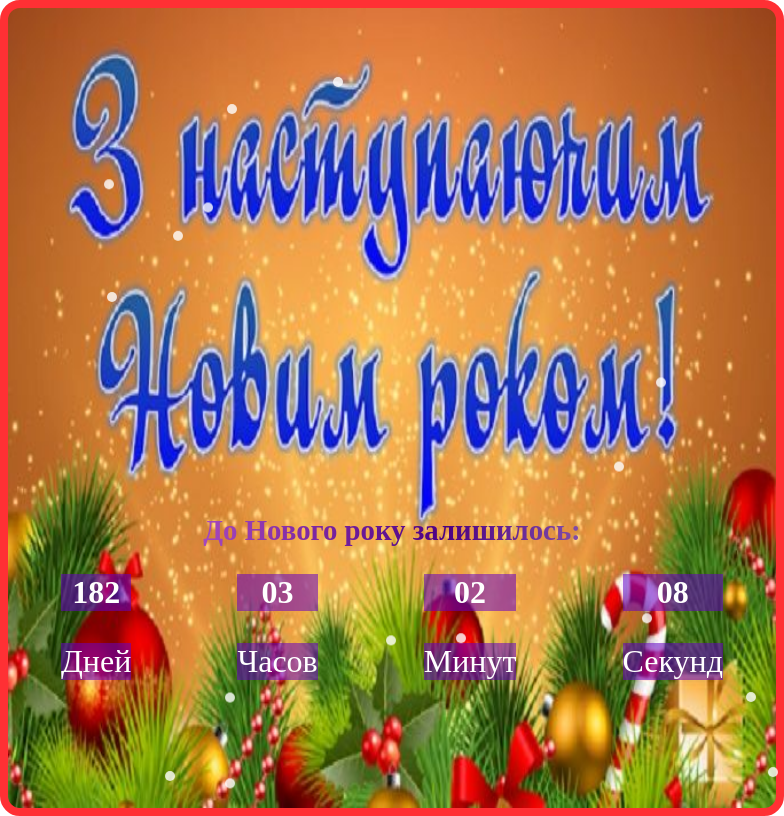
Repository: KonstantinKhamilov/JavaScript11-new-year
Page: index.html
An editor plug-in stored every save of this project. The page is shown before and after the next save, followed by the edit.
The browser window is 768 px wide. The page is 784 px wide, so the pictures cover 784 px, including what lies to the right of the window. The pictures show the whole page.

Above is the page before, as saved 2024-12-29 21:18:31.

### index.html
<!DOCTYPE html>
<html lang="en">
    <head>
        <title>JavaScript11</title>

        <meta charset="utf-8">
        <meta http-equiv="X-UA-Compatible" content="IE=edge">
        <meta name="description" lang="ru" content="Стили css">
        <meta name="author" content="Константин">
        <meta name="keywords" content="Программирование, уроки JavaScript">
        <meta name="robots" content="all">
        <meta name="viewport" content="width=device-width, initial-scale=1.0">
        <link rel="stylesheet" href="newYear.css" type="text/css">
</head>

<body>
   <!--
     <h1><u>Задание 1</u></h1>
    <p>Необходимо реализовать функцию, описывающую окружность.В функции должны быть следующие компоненты:</p>
<ul type="disk">
    <li>поле, хранящее радиус окружности;</li>
    <li>get-свойство, возвращающее радиус окружности;</li>
    <li>set-свойство, устанавливающее радиус окружности;</li>
    <li>get-свойство, возвращающее диаметр окружности;</li>
    <li>метод, вычисляющий площадь окружности;</li>
    <li>метод, вычисляющий длину окружности.</li>
</ul>
       <p>Продемонстрируйте работу свойств и методов.</p>
       <p>Введите радиус окружности: </p>
       <input type="text" id="rad">
        <button onclick="showResults()">Показать результаты</button>
        <p id="output"></p>

          <h1><u>Задание 2</u></h1>
          <p>Реализуйте функцию, которая описывает css класс.функция CssClass должна содержать внутри себя:</p>
          <ul type="square">
<li>название css класса;</li>
<li>массив стилей;</li>
<li>метод для установки стиля;</li>
<li>метод для удаления стиля;</li>
<li>метод getCss(), который возвращает css код в виде строки.</li>
          </ul>

          <p>Введите название класса:</p>
    <input type="text" id="class" />
    <button onclick="showCSS()">Показать результат генерации</button>
    <p id="output1"></p>

    <p>Добавить стиль:</p>
    <input type="text" id="add-style" />
    <button onclick="addStyle()">Добавить</button>

    <p>Удалить стиль:</p>
    <input type="text" id="remove-style" />
    <button onclick="removeStyle()">Удалить</button>

  <h1><u>Задание 3</u></h1>
  <p>
    Рассчитайте, сколько дней, часов, минут и секунд осталось до Нового года. Выведите эти значения красиво,
    методом document.write() или другим с тегами -p- и
    -span- и классами для них. Стили можно записать в отдельном css-файле. Если одно из чисел будет меньше 10,
    то его нужно вывести с ведущим 0, например, так:
    Сделайте свой скрипт универсальным, задав дату следующего Нового года относительно текущей даты с помощью методов объекта Date.
  </p>
  <p>Пример вывода результата задания:</p>
<img src="D:\Full Stack\Модуль\JavaScript\JavaScript11\Безымянный1.png" alt="time">
-->
<div class="box" >
  <ol class="maintext">
    <li class="text">До Нового року залишилось:</li>
   <li class="count">

<ol class="time">
  <li class="timer"><h2 id="day">00</h2><p>Дней</p></li>
  <li class="timer"><h2 id="hrs">00</h2><p>Часов</p></li>
  <li class="timer"><h2 id="min">00</h2><p>Минут</p></li>
  <li class="timer"><h2 id="sec">00</h2><p>Секунд</p></li>
</ol>
  </li>
  </ol>
</div>

    <script>


/*
        //1
function Circle(radius) {
  // Сохранение значения радиуса в свойстве объекта
  this.radius = radius;
  // Определение get-свойства для получения значения радиуса
  Object.defineProperty(this, 'radius', {
    get: function() {
      // Возвращение значения радиуса
      return radius;
    },
    // Определение set-свойства для установки значения радиуса
    set: function(value) {
      // Проверка на корректность значения радиуса
      if (value <= 0) throw new Error('Invalid radius');
      // Установка нового значения радиуса
      radius = value;
    }
  });

  // Определение get-свойства для получения значения диаметра окружности
  Object.defineProperty(this, 'diameter', {
    get: function() {
      // Возвращение значения диаметра, равного удвоенному радиусу
      return 2 * radius;
    }
  });

  // Определение метода для вычисления площади окружности
  this.area = function() {
    // Возвращение площади окружности, вычисленной как произведение числа Пи на квадрат радиуса
    return Math.PI * Math.pow(radius, 2);
  }

  // Определение метода для вычисления длины окружности
  this.circumference = function() {
    // Возвращение длины окружности, вычисленной как произведение числа Пи на удвоенный радиус
    return 2 * Math.PI * radius;
  }
}

function showResults() {
    let input = document.getElementById("rad").value;
    let circle = new Circle(input);
    let output = 'Радиус: ' + circle.radius + '<br>';
    output += 'Диаметр: ' + circle.diameter + '<br>';
    output += 'Площадь: ' + circle.area() + '<br>';
    output += 'Длинна окружности: ' + circle.circumference();
    document.getElementById("output").innerHTML = output;
  }

  //2

      // Определение функции CssClass, которая принимает название CSS класса в качестве аргумента
      function CssClass(className) {
        // Сохранение значения названия CSS класса в свойстве объекта
        this.className = className;
        // Создание пустого массива для хранения стилей CSS класса
        this.styles = [];

        // Определение метода setStyle для добавления нового стиля в массив стилей
        this.setStyle = function(style) {
          // Добавление нового стиля в конец массива стилей
          this.styles.push(style);
        }

        // Определение метода removeStyle для удаления существующего стиля из массива стилей
        this.removeStyle = function(style) {
          // Поиск индекса указанного стиля в массиве стилей
          let index = this.styles.indexOf(style);
          // Если стиль найден в массиве
          if (index !== -1) {
            // Удаление стиля из массива по найденному индексу
            this.styles.splice(index, 1);
          }
        }

        // Определение метода getCss для генерации CSS кода класса в виде строки
        this.getCss = function() {
          // Создание строки с селектором CSS класса и открывающей скобкой
          let cssString = '.' + this.className + ' {\n';
          // Цикл по всем стилям в массиве стилей
          for (let i = 0; i < this.styles.length; i++) {
            // Добавление очередного стиля в строку с отступом и точкой с запятой
            cssString += '  ' + this.styles[i] + ';\n';
          }
          // Добавление закрывающей скобки в конец строки
          cssString += '}';
          // Возвращение сгенерированной строки с CSS кодом класса
          return cssString;
        }
      }
      let myClass;

      function showCSS() {
        // Получение значения из элемента input с id 'class'
        let className = document.getElementById('class').value;
        // Создание нового объекта CssClass с названием класса из элемента input
        myClass = new CssClass(className);
        // Добавление стиля 'color: red' в массив стилей класса
        myClass.setStyle('color: red');
        // Добавление стиля 'font-size: 16px' в массив стилей класса
        myClass.setStyle('font-size: 16px');
        // Вывод сгенерированного CSS кода класса в элемент p с id 'output'
        document.getElementById('output1').innerHTML = myClass.getCss();
      }

      function addStyle() {
        if (!myClass) {
          alert('Сначала нажмите кнопку "Показать результат генерации"');
          return;
        }
        // Получение значения из элемента input с id 'add-style'
        let style = document.getElementById('add-style').value;
        // Добавление стиля в массив стилей класса
        myClass.setStyle(style);
        // Вывод обновленного CSS кода класса в элемент p с id 'output'
        document.getElementById('output1').innerHTML = myClass.getCss();
      }

      function removeStyle() {
        if (!myClass) {
          alert('Сначала нажмите кнопку "Показать результат генерации"');
          return;
        }
        // Получение значения из элемента input с id 'remove-style'
        let style = document.getElementById('remove-style').value;
        // Удаление стиля из массива стилей класса
        myClass.removeStyle(style);
        // Вывод обновленного CSS кода класса в элемент p с id 'output'
        document.getElementById('output1').innerHTML = myClass.getCss();
      }
      */

//3
const snowContainer = document.querySelector('.box');

function createSnowflake() {
    const snowflake = document.createElement('div');
    snowflake.classList.add('snowflake');

    // Устанавливаем случайную позицию по горизонтали
    snowflake.style.left = Math.random() * 100 + 'vw';

    // Устанавливаем случайную скорость падения
    snowflake.style.animationDuration = Math.random() * 3 + 2 + 's'; // от 2 до 5 секунд

    // Добавляем снежинку в контейнер
    snowContainer.appendChild(snowflake);

    // Удаляем снежинку после завершения анимации
    setTimeout(() => {
        snowflake.remove();
    }, 5000); // Время должно соответствовать времени падения
}

// Создаем снежинки каждые 300 мс
setInterval(createSnowflake, 300);
const day = document.getElementById('day');
const hrs = document.getElementById('hrs');
const min = document.getElementById('min');
const sec = document.getElementById('sec');
const currentYear = new Date().getFullYear();

const newYear = new Date (`1 Jan ${currentYear + 1} 00:00:00`);

function countdownDate(){
const today = Date.now()
const gap = newYear - today;
let d = Math.floor(gap/1000/60/60/24);
let h = Math.floor((gap/1000/60/60)%24);
let m = Math.floor((gap/1000/60)%60);
let s = Math.floor((gap/1000)%60);

day.innerHTML = d<10 ? '0' + d : d;
hrs.innerHTML = h<10 ? '0' + h : h;
min.innerHTML = m<10 ? '0' + m : m;
sec.innerHTML = s<10 ? '0' + s : s;
}
setInterval(countdownDate,1000);
    </script>
</body>
</html>

### newYear.css
body {
  margin: 0;
  padding: 0;
  overflow: hidden;
}

@keyframes rainbow {
  0% {
    background-position: 0%;
  }
  100% {
    background-position: 100%;
  }
}

.snowflake {
  position: absolute;
  top: -10px; /* Начальная позиция снега */
  background: white; /* Цвет снега */
  border-radius: 50%; /* Круглая форма */
  opacity: 0.8; /* Прозрачность снега */
  animation: fall linear infinite; /* Анимация падения */
  width: 10px; /* Размер снежинки */
  height: 10px; /* Размер снежинки */
}

@keyframes fall {
  0% {
    transform: translateY(0); /* Начальная позиция */
  }
  100% {
    transform: translateY(100vh); /* Конечная позиция */
  }
}

@media screen and (min-width: 320px) {
  .box {
    display: block;
    text-align: end;
    background-image: url("z_nastupauschim_ng_4.jpg");
    background-repeat: no-repeat;
    background-size: 100% 100%;
    border: solid 8px;
    border-radius: 20px;
    border-color: rgb(255, 48, 52);
    height: 100vh;
    width: 100vw;
    position: relative; /* Добавлено для позиционирования */
  }

  ol {
    list-style-type: none;
    margin: auto;
    padding: 0px;
  }

  .maintext {
    display: flex;
    flex-direction: column;
    justify-content: space-between;
    padding: 100% 0px 0px 0px;
    position: absolute;
    bottom: 12%;
    width: 100%;
  }

  .text {
    color: rgb(4, 69, 131);
    font-family: cursive;
    font-weight: bold;
    font-size: 1.8em;
    text-align: center;
    background: linear-gradient(
      270deg,
      red,
      orange,
      yellow,
      green,
      blue,
      white,
      indigo,
      violet
    );
    background-size: 400%; /* Увеличиваем размер фона для анимации */
    -webkit-background-clip: text; /* Обрезаем фон по тексту */
    -webkit-text-fill-color: transparent; /* Делаем цвет текста прозрачным */
    animation: rainbow 3.5s linear infinite;
  }

  .time {
    display: flex;
    flex-direction: row;
    justify-content: space-around;
    width: 100%;
  }

  h2 {
    color: white;
    font-size: 1em;
  }

  .timer > p,
  .timer > #day,
  .timer > #hrs,
  .timer > #min,
  .timer > #sec {
    color: white;
    background-color: rgb(102, 2, 196, 0.55);
    font-size: 1em;
    text-align: center;
  }
}

@media screen and (min-width: 426px) and (max-width: 768px) {
  .timer > p,
  .timer > #day,
  .timer > #hrs,
  .timer > #min,
  .timer > #sec {
    font-size: 2em;
  }
  h2 {
    font-size: 2em;
  }
  text {
    font-size: 3.5em;
  }
}

After the next save:
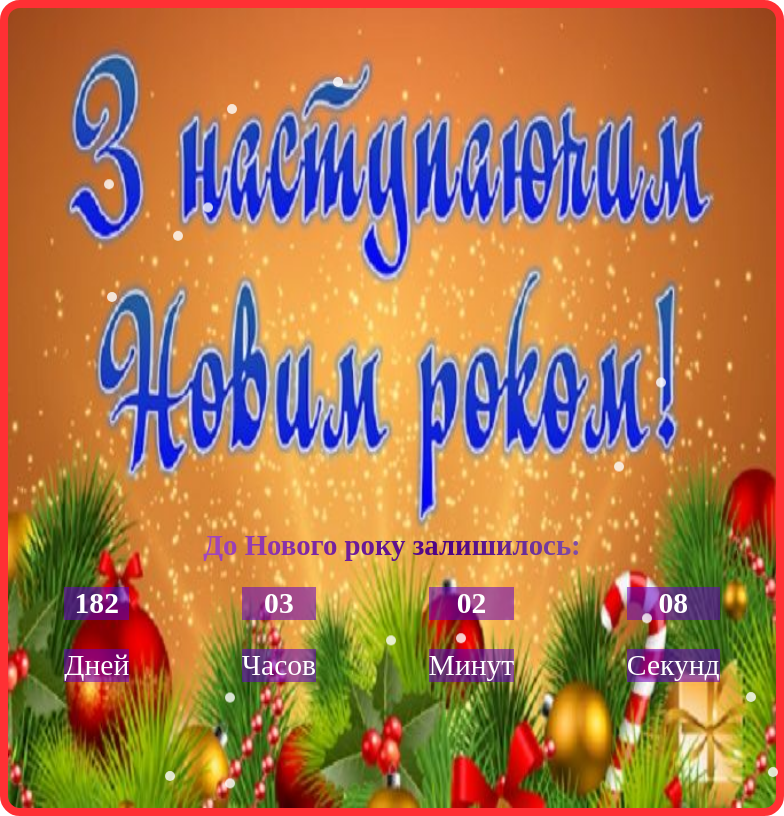
Saved 106 s later.
--- a/newYear.css
+++ b/newYear.css
@@ -117,7 +117,7 @@ body {
   .timer > #hrs,
   .timer > #min,
   .timer > #sec {
-    font-size: 2em;
+    font-size: 1.85em;
   }
   h2 {
     font-size: 2em;
